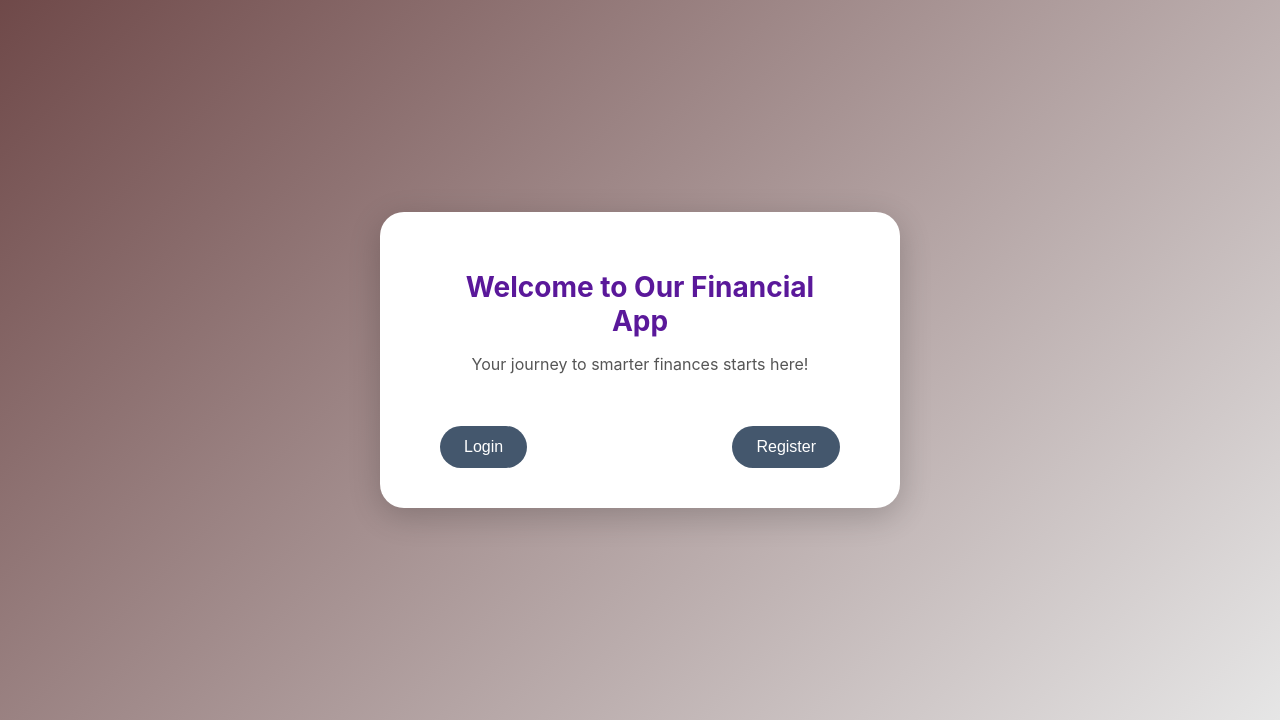
Repository: aab232/https---github.com-aab232-Deferred-Payment-Platform
Page: / (app in frontend/)
An editor plug-in stored every save of this project. The page is shown before and after the next save, followed by the edit.
The browser window is 1280 px wide. The pictures show the whole page.
The project was rebuilt for these pictures with package versions that can differ from the ones it lists, and the page was loaded fresh each time. Also part of the build but not shown: frontend/src/components/Register.js, frontend/src/components/Login.js.

Above is the page before, as saved 2025-03-18 01:01:34.

After the next save:
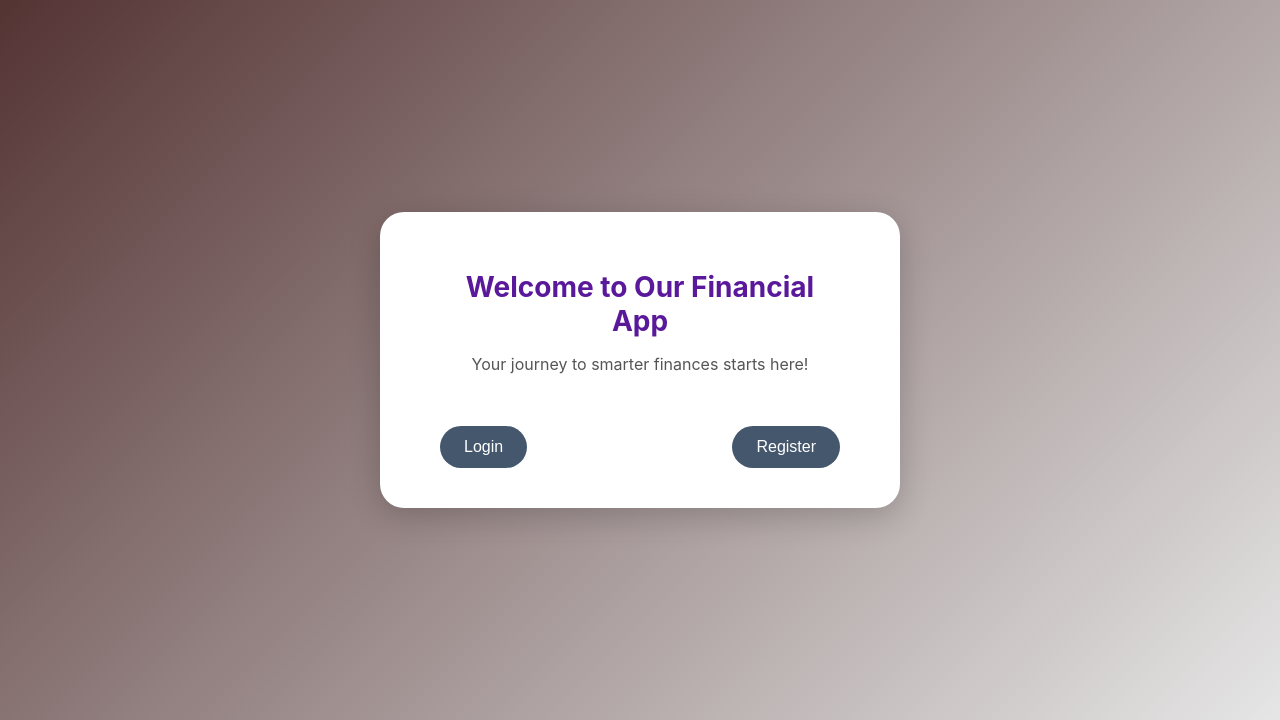
Saved 21 s later.
--- a/frontend/src/components/Form.css
+++ b/frontend/src/components/Form.css
@@ -4,7 +4,7 @@
     justify-content: center;
     align-items: center;
     height: 100vh;
-    background: linear-gradient(135deg, #6f4949, #E6E6E6);
+    background: linear-gradient(135deg, #543333, #E6E6E6);
   }
 
   .form-card {
